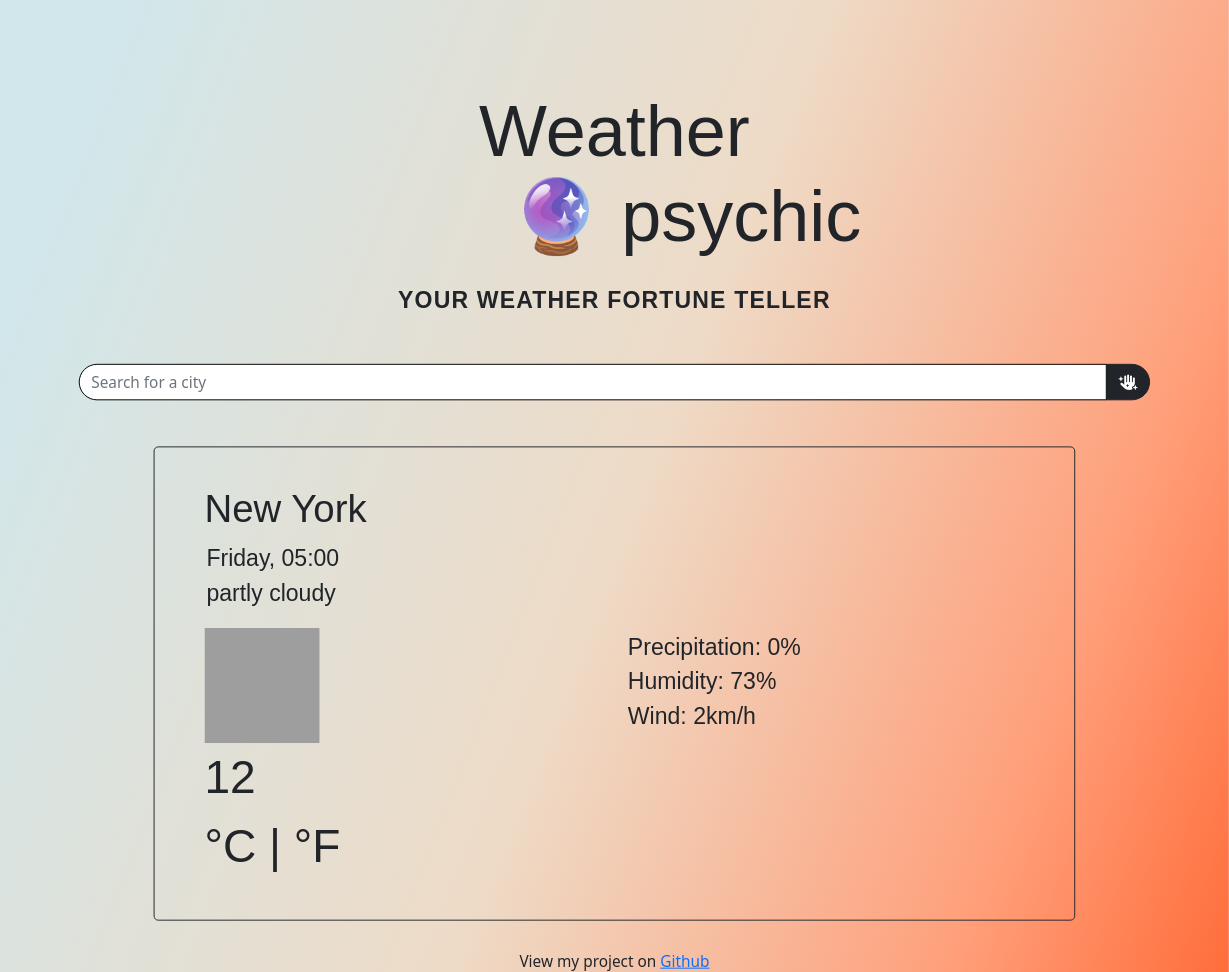
Repository: kathrin-aigner/vanilla-weather-app
Page: index.html
An editor plug-in stored every save of this project. The page is shown before and after the next save, followed by the edit.
The browser window is 1280 px wide. The pictures show the whole page, at 96% of full size.
Pictures or frames that could not be fetched are drawn as grey boxes. Some web fonts or font styles are not loaded; a fallback is used. Some web libraries are served in a nearby version.

Above is the page before, as saved 2022-01-24 16:10:18.

After the next save:
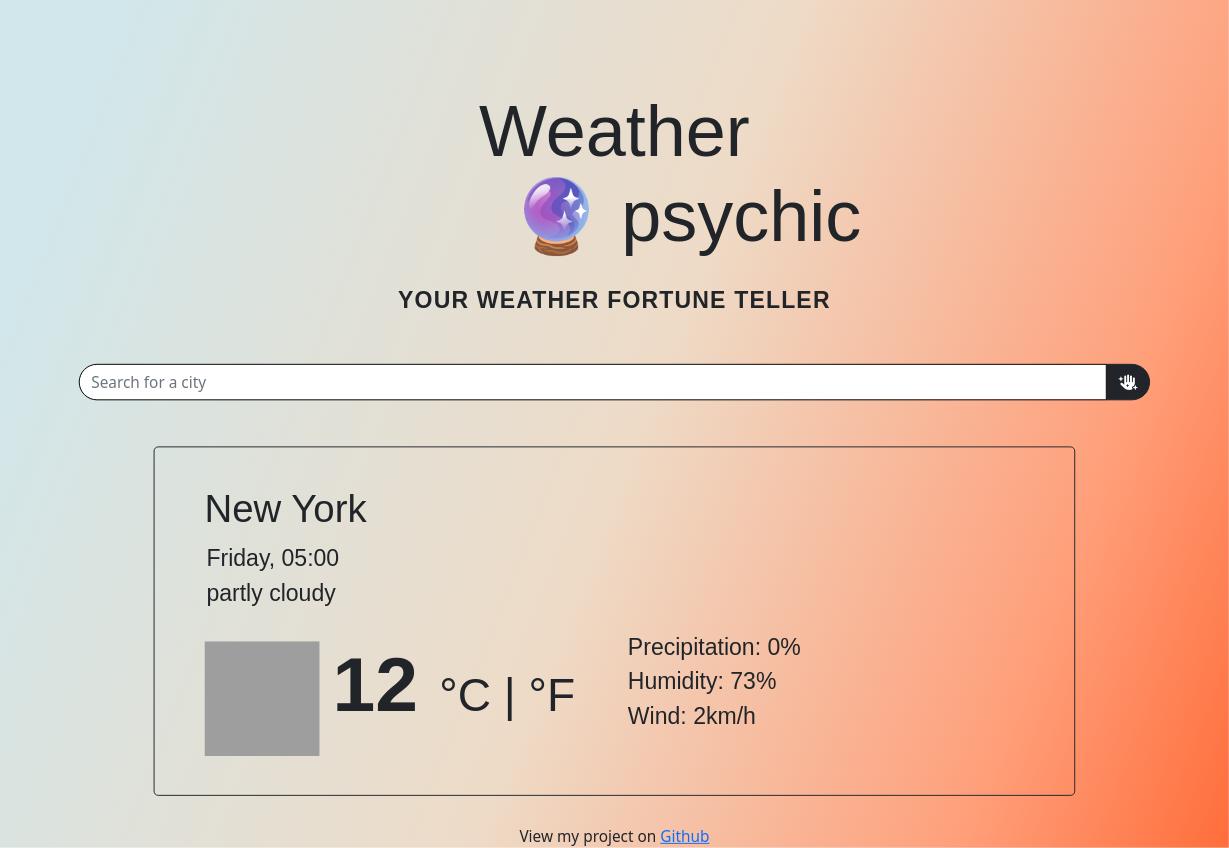
Saved 35 s later.
--- a/index.html
+++ b/index.html
@@ -58,7 +58,7 @@
                   alt="partly cloudy icon"
                   class="float-left"
                 />
-                <div class="temp">12</div>
+                <strong>12 </strong>
                 <span class="unit">°C | °F</span>
               </div>
             </div>
